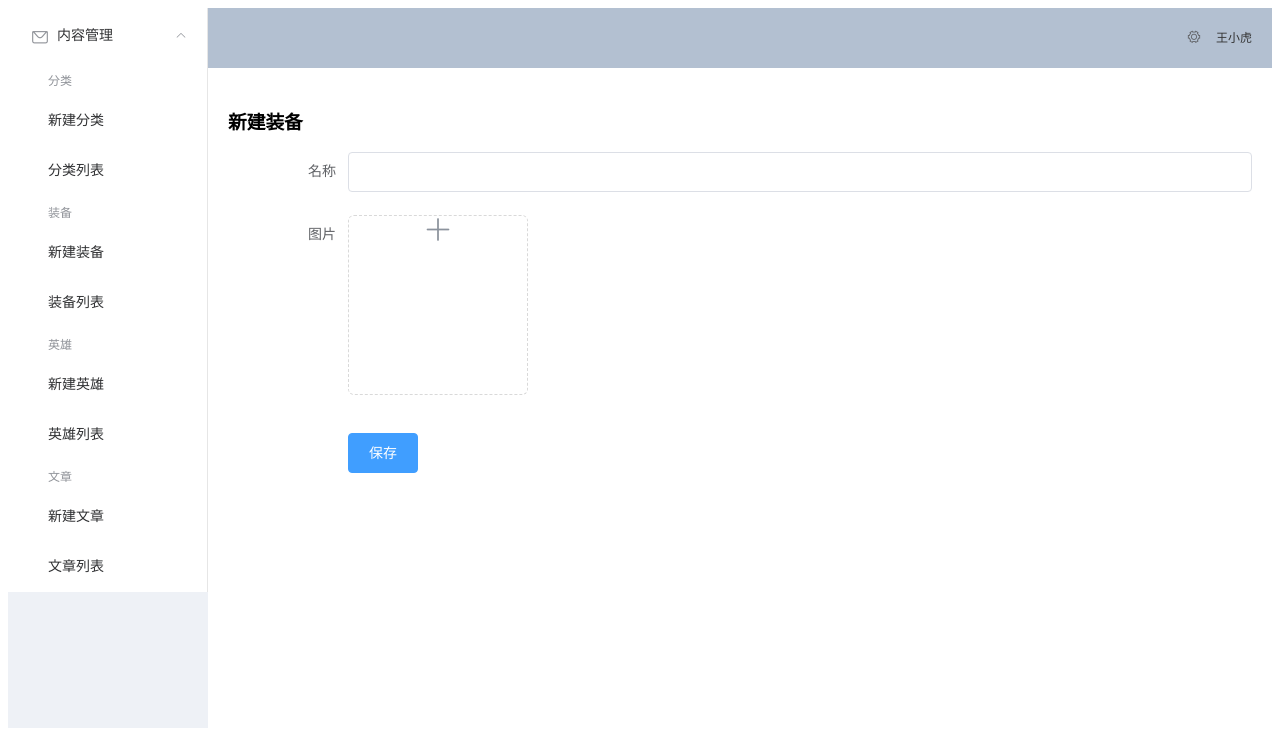
Repository: fish-zmy/wangzherongyao
Page: /#/items/create (app in admin/)
These files come from the project's save history. The page is drawn as it stood at one moment and after the next save; the edit follows.
The browser window is 1280 px wide. The pictures show the whole page.
The project was rebuilt for these pictures with package versions that can differ from the ones it lists, and the page was loaded fresh each time. Also part of the build but not shown: admin/vue.config.js, admin/src/views/CategoryEdit.vue, admin/src/views/CategoryList.vue, admin/src/views/ItemList.vue, admin/src/views/HeroEdit.vue, admin/src/views/HeroList.vue, admin/src/views/ArticleEdit.vue, admin/src/views/ArticleList.vue.

Above is the page before, as saved 2020-06-18 20:30:44.

After the next save:
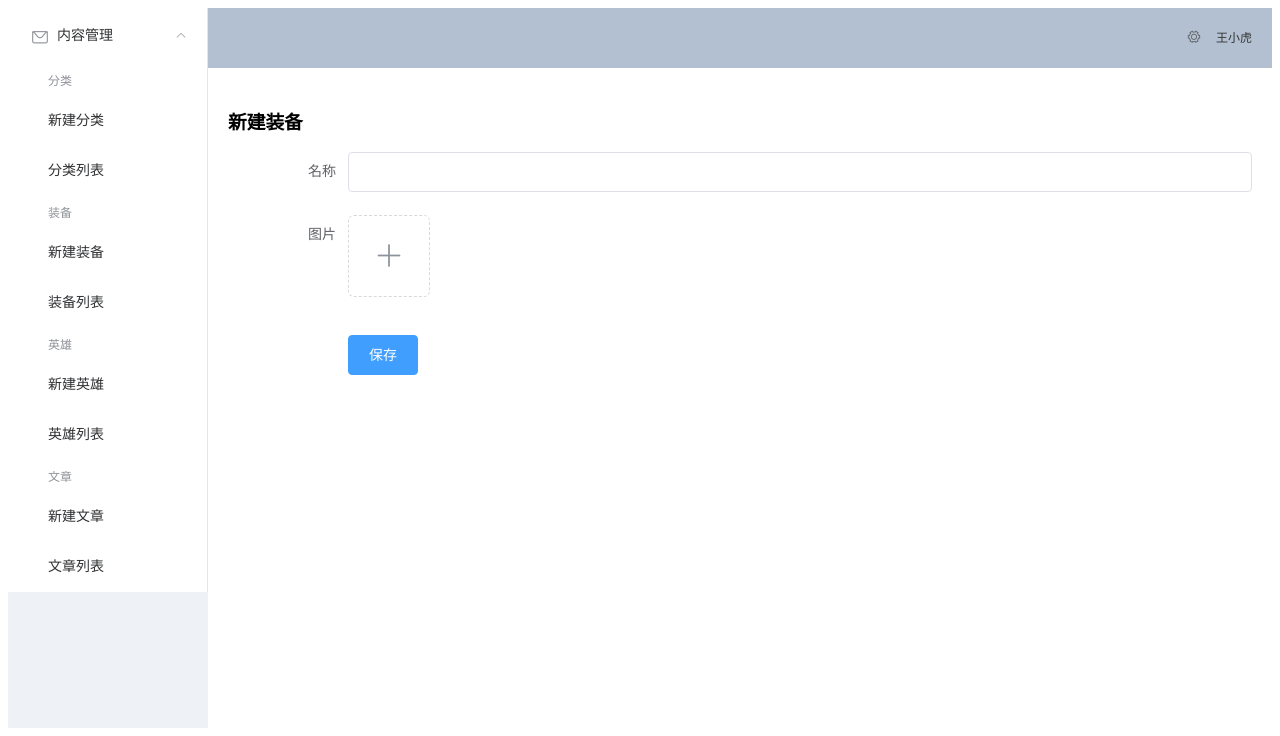
Saved 26 s later.
--- a/admin/src/main.js
+++ b/admin/src/main.js
@@ -2,6 +2,8 @@ import Vue from 'vue'
 import App from './App.vue'
 import router from './router'
 import './plugins/element.js'
+
+import './assets/style.css'
 
 Vue.config.productionTip = false
 
